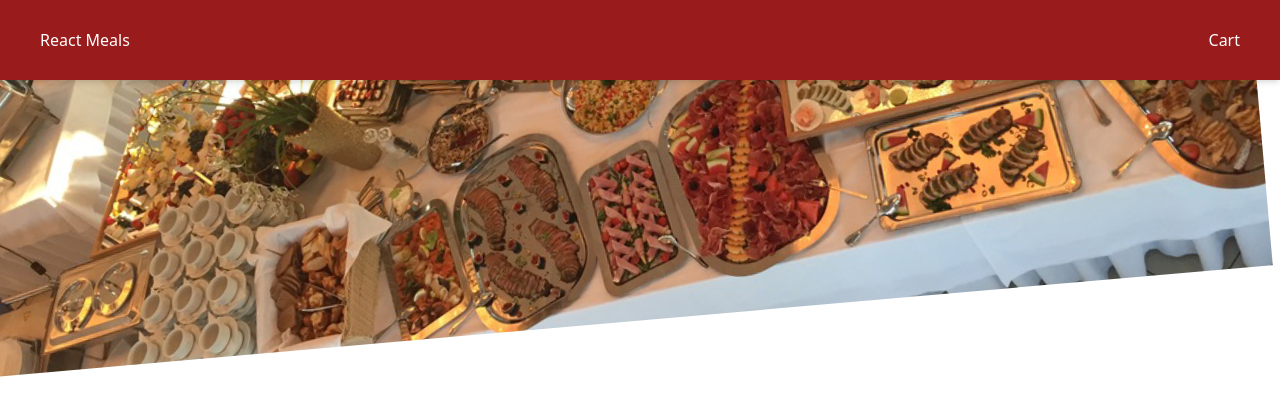
Repository: AidanHak/udemy-food-order-app
Page: /
An editor plug-in stored every save of this project. The page is shown before and after the next save, followed by the edit.
The browser window is 1280 px wide. The pictures show the whole page.
The project was rebuilt for these pictures with package versions that can differ from the ones it lists, and the page was loaded fresh each time. Also part of the build but not shown: craco.config.js.

Above is the page before, as saved 2021-10-14 20:56:15.

After the next save:
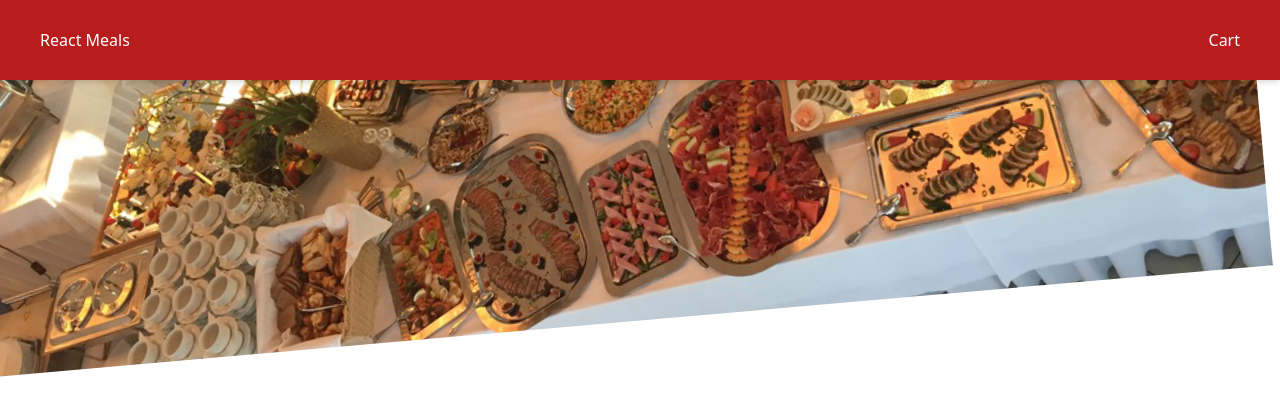
Saved 3 s later.
--- a/src/components/Layout/Header.module.css
+++ b/src/components/Layout/Header.module.css
@@ -1,5 +1,5 @@
 .header {
-	@apply fixed top-0 left-0 w-full h-20 bg-red-800 text-white flex justify-between items-center px-10 shadow-md z-10;
+	@apply fixed top-0 left-0 w-full h-20 bg-red-700 text-white flex justify-between items-center px-10 shadow-md z-10;
 }
 
 .main-image {
